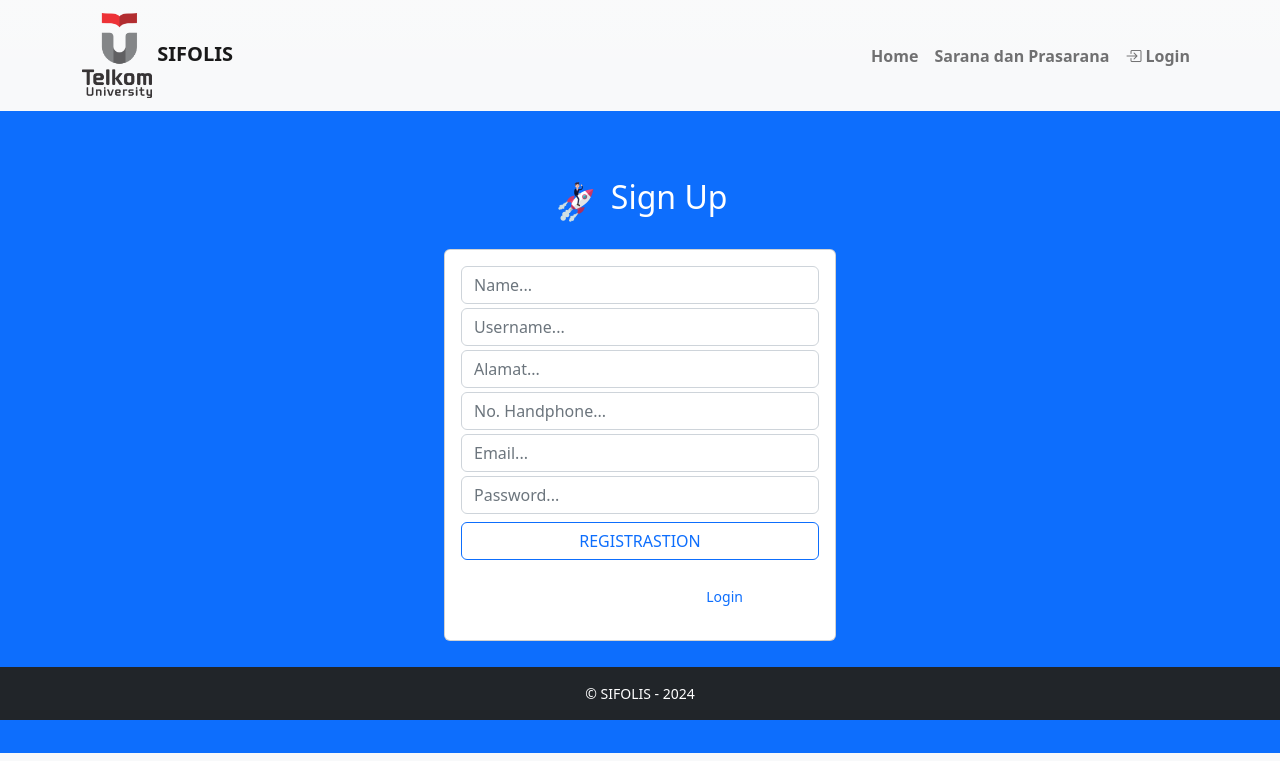
Repository: Audi87/uas_framework
Page: http://localhost/registrasi
These files come from the project's save history. The page is drawn as it stood at one moment and after the next save; the edit follows.
The browser window is 1280 px wide. The pictures show the whole page.
Some web libraries are served in a nearby version. The page is served by the project's Laravel application, run on PHP 8.4 with Laravel 10.

Above is the page before, as saved 2024-06-13 21:28:09.

After the next save:
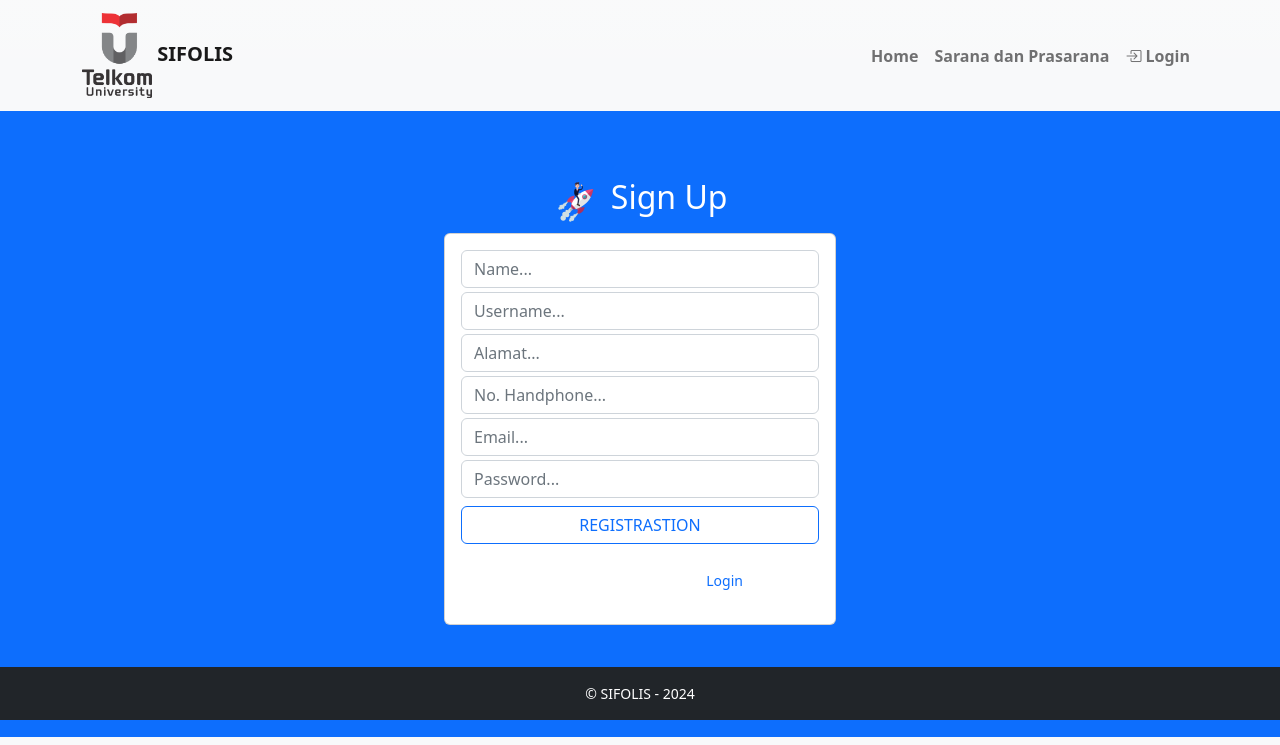
Saved 50 s later.
--- a/resources/views/registrasi/registrasi.blade.php
+++ b/resources/views/registrasi/registrasi.blade.php
@@ -11,7 +11,7 @@
                     Sign Up
                 </h2>
             </div>
-            <div class="col-lg-4 offset-lg-4 col-10 offset-1 mt-3">
+            <div class="col-lg-4 offset-lg-4 col-10 offset-1 mt-0">
                 {{-- Form Registrasi --}}
                 <div class="card">
                     <div class="card-body">

After the save that followed:
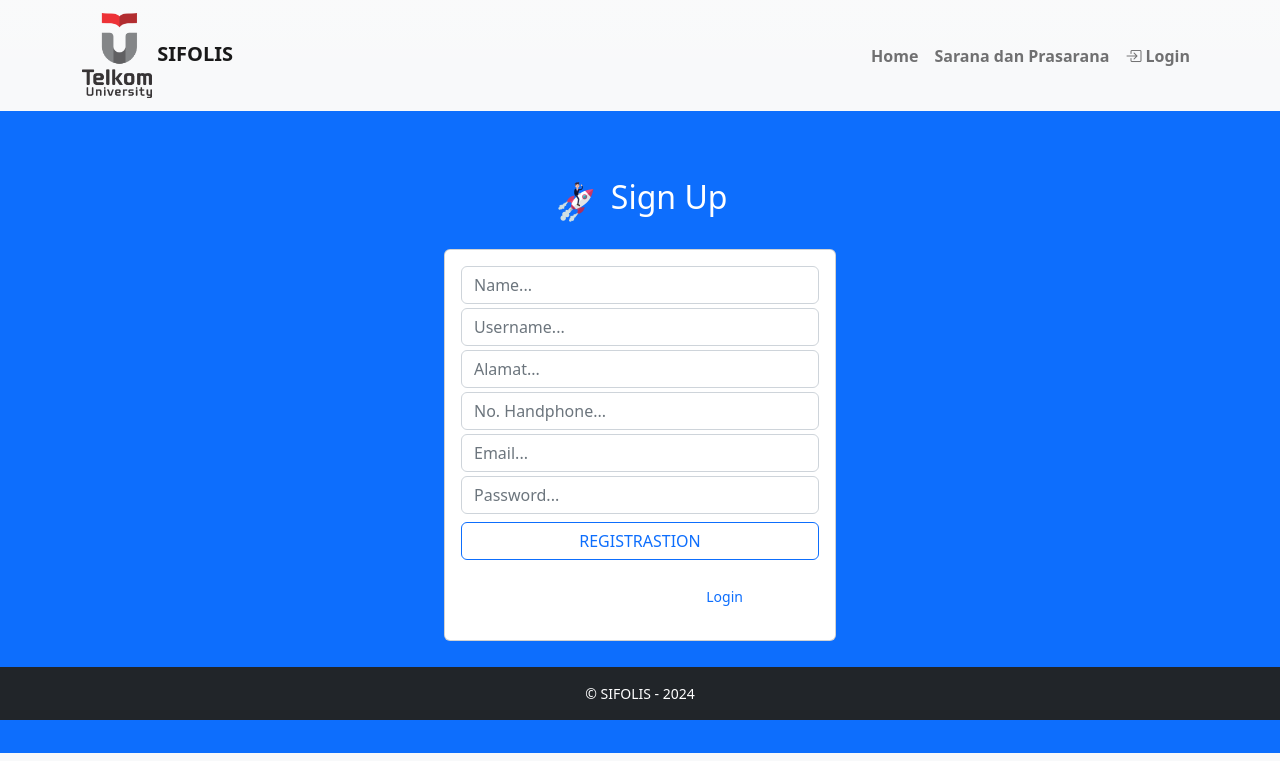
Saved 9 s later.
--- a/resources/views/registrasi/registrasi.blade.php
+++ b/resources/views/registrasi/registrasi.blade.php
@@ -11,7 +11,7 @@
                     Sign Up
                 </h2>
             </div>
-            <div class="col-lg-4 offset-lg-4 col-10 offset-1 mt-0">
+            <div class="col-lg-4 offset-lg-4 col-10 offset-1 mt-3">
                 {{-- Form Registrasi --}}
                 <div class="card">
                     <div class="card-body">
